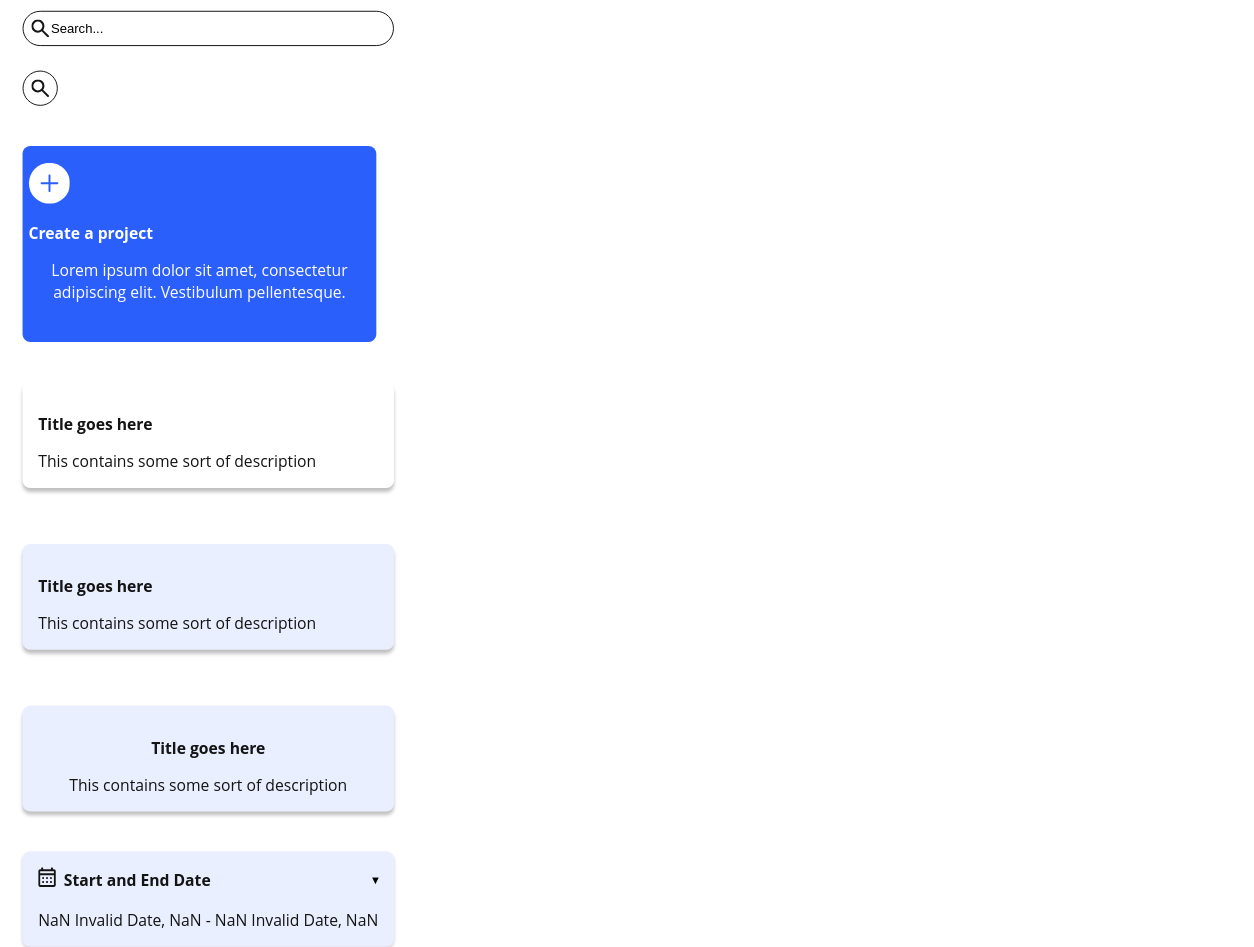
Repository: brunaguarizo/mosaic_app
Page: /
An editor plug-in stored every save of this project. The page is shown before and after the next save, followed by the edit.
The browser window is 1280 px wide. The pictures show the whole page, at 98% of full size.
The project was rebuilt for these pictures with package versions that can differ from the ones it lists, and the page was loaded fresh each time. The framework's server and built-in components were replaced by stand-ins that run in the browser. Also part of the build but not shown: next.config.mjs, app/_ui/navbar/navbar.js, app/_ui/Button/Button.js, app/_ui/Tag/Tag.js, app/_ui/Project_card/Project_card.js, app/_ui/Date_PopUp/Date_PopUp.module.css, app/_ui/Date_PopUp/Date_PopUp.js.

Above is the page before, as saved 2025-04-18 19:05:41.

### app/globals.css
/* ------------------------------------------------------ GENERAL STYLES ------------------------------------------------------ */
*,
*::before,
*::after {
    box-sizing: inherit;
}

html,
body {
    padding: 0;
    margin: 0;
    font-family: var(--font-family);
    box-sizing: border-box;
}

html {
    display: flex;
    justify-content: center;
    align-items: center;
    width: 393px;
    height: 100%;
    margin: var(--space-regular);
}

.container {
}

.two-column {
    display: grid;
    grid-template-columns: 1fr 1fr;
    gap: var(--space-large);
}

/* ------------------------------------------------------ VARIABLES ------------------------------------------------------ */
:root {
    /* ----- COLORS ----- */
    --blue-primary: rgb(43, 95, 252);
    --blue-50: rgb(234, 239, 255);
    --blue-900: rgb(18, 40, 106);
    --white: #ffffff;
    --black: rgb(20, 20, 20);
    --grey-400: rgb(67, 67, 67);
    --yellow-secondary: rgb(255, 218, 1);
    --orange-secondary: rgb(255, 94, 9);
    --green-secondary: rgb(0, 193, 79);
    --purple-secondary: rgb(154, 65, 255);

    /* ----- TYPE ----- */
    --font-family: "Open Sans", sans-serif;

    --header-xxlarge-size: 88px;
    --title-section-font-size: 30px;
    --button-font-size: 24px;
    --body-text-font-size: 20px;
    --menu-font-size: 16px;
    --label-font-size: 12px;

    --font-style-normal: normal;
    --font-weight-bold: bold;

    --line-height-xxlarge: 100px;
    --line-height-large: 36px;
    --line-height-medium: 28px;
    --line-height-small: 20px;

    /* ----- SPACING ----- */
    --space-small: 8px;
    --space-regular: 16px;
    --space-medium: 32px;
    --space-large: 48px;
    --space-extra-large: 140px;
}

### app/page.module.css
/* NEW PAGE STYLES */
.container {
    margin-top: 200px;
    display: flex;
    flex-direction: column;
    gap: 25px;
}
/* ------------------------ */

.page {
    --gray-rgb: 0, 0, 0;
    --gray-alpha-200: rgba(var(--gray-rgb), 0.08);
    --gray-alpha-100: rgba(var(--gray-rgb), 0.05);

    --button-primary-hover: #383838;
    --button-secondary-hover: #f2f2f2;

    display: grid;
    grid-template-rows: 20px 1fr 20px;
    align-items: center;
    justify-items: center;
    min-height: 100svh;
    padding: 80px;
    gap: 64px;
    font-family: var(--font-geist-sans);
}

@media (prefers-color-scheme: dark) {
    .page {
        --gray-rgb: 255, 255, 255;
        --gray-alpha-200: rgba(var(--gray-rgb), 0.145);
        --gray-alpha-100: rgba(var(--gray-rgb), 0.06);

        --button-primary-hover: #ccc;
        --button-secondary-hover: #1a1a1a;
    }
}

.main {
    display: flex;
    flex-direction: column;
    gap: 32px;
    grid-row-start: 2;
}

.main ol {
    font-family: var(--font-geist-mono);
    padding-left: 0;
    margin: 0;
    font-size: 14px;
    line-height: 24px;
    letter-spacing: -0.01em;
    list-style-position: inside;
}

.main li:not(:last-of-type) {
    margin-bottom: 8px;
}

.main code {
    font-family: inherit;
    background: var(--gray-alpha-100);
    padding: 2px 4px;
    border-radius: 4px;
    font-weight: 600;
}

.ctas {
    display: flex;
    gap: 16px;
}

.ctas a {
    appearance: none;
    border-radius: 128px;
    height: 48px;
    padding: 0 20px;
    border: none;
    border: 1px solid transparent;
    transition: background 0.2s, color 0.2s, border-color 0.2s;
    cursor: pointer;
    display: flex;
    align-items: center;
    justify-content: center;
    font-size: 16px;
    line-height: 20px;
    font-weight: 500;
}

a.primary {
    background: var(--foreground);
    color: var(--background);
    gap: 8px;
}

a.secondary {
    border-color: var(--gray-alpha-200);
    min-width: 158px;
}

.footer {
    grid-row-start: 3;
    display: flex;
    gap: 24px;
}

.footer a {
    display: flex;
    align-items: center;
    gap: 8px;
}

.footer img {
    flex-shrink: 0;
}

/* Enable hover only on non-touch devices */
@media (hover: hover) and (pointer: fine) {
    a.primary:hover {
        background: var(--button-primary-hover);
        border-color: transparent;
    }

    a.secondary:hover {
        background: var(--button-secondary-hover);
        border-color: transparent;
    }

    .footer a:hover {
        text-decoration: underline;
        text-underline-offset: 4px;
    }
}

@media (max-width: 600px) {
    .page {
        padding: 32px;
        padding-bottom: 80px;
    }

    .main {
        align-items: center;
    }

    .main ol {
        text-align: center;
    }

    .ctas {
        flex-direction: column;
    }

    .ctas a {
        font-size: 14px;
        height: 40px;
        padding: 0 16px;
    }

    a.secondary {
        min-width: auto;
    }

    .footer {
        flex-wrap: wrap;
        align-items: center;
        justify-content: center;
    }
}

@media (prefers-color-scheme: dark) {
    .logo {
        filter: invert();
    }
}

### app/_ui/navbar/navbar.module.css

.nav {
    width: 393px;
    height: 72px;
    justify-content: center;
    align-items: center;
    display: flex;
    flex-direction: row;
    padding: 0;
    margin: 0;
    gap: var(--space-large);
    border-top: 1px solid var(--grey-50);
}

.navbar__item {
    display: flex;
    flex-direction: column;
    justify-content: center;
    align-items: center;
    gap: 4px;
    text-decoration: none;
    width: 60px;
    height: 44px;
    padding-left: 32px;
    padding-right: 32px;
    margin: 0;
}

.navbar__icon {
    max-width: 16px;
    padding: 0;
    margin: 0;
    fill: var(--black);
}

.navbar__text {
    color: var(--black);
    font-size: var(--label-font-size);
    font-weight: var(--font-weight-400);
    line-height: var(--line-height-small);
    text-decoration: none;
    padding: 0;
    margin: 0;
}

.navbar__item:hover .navbar__text,
.navbar__item:hover .navbar__icon,
.navbar__item:active .navbar__text,
.navbar__item:active .navbar__icon {
  color: var(--blue-primary);
  fill: var(--blue-primary);
}

/* ------------------------------------------------------ VARIABLES ------------------------------------------------------ */
:root {
    /* ----- COLORS ----- */
    --blue-primary: rgb(43,95,252);
    --blue-50: rgb(234, 239, 255);
    --blue-900: rgb(18, 40, 106);
    --white: #FFFFFF;
    --grey-50: #E8E8E8;
    --black: rgb(20, 20, 20);
    --grey-400: rgb(67, 67, 67);
    --yellow-secondary: rgb(255, 218, 1);
    --orange-secondary: rgb(255, 94, 9);
    --green-secondary: rgb(0, 193, 79);
    --purple-secondary: rgb(154, 65, 255);

    /* ----- TYPE ----- */
    --font-family: "Open Sans", sans-serif;

    --header-xxlarge-size: 88px;
    --title-section-font-size: 30px;
    --button-font-size: 24px;
    --body-text-font-size: 20px;
    --menu-font-size: 16px;
    --label-font-size: 12px;

    --font-style-normal: normal;
    --font-weight-bold: bold;

    --line-height-xxlarge: 100px;
    --line-height-large: 36px;
    --line-height-medium: 28px;
    --line-height-small: 20px;

    /* ----- SPACING ----- */
    --space-small: 8px;
    --space-regular: 16px;
    --space-medium: 32px;
    --space-large: 48px;
    --space-extra-large: 88px;
  }

### app/_ui/Project_card/Project_card.module.css
.card__container {
    display: flex;
    flex-direction: column;
    justify-content: center;
    align-items: center;
    background-color: var(--blue-50);
    border-radius: var(--space-small);
    padding: var(--space-regular);
    gap: var(--space-regular);
}

.card__menu {
    width: 100%;
    display: flex;
    justify-content: flex-end;
    padding: 0;
    margin: 0;
}

.card__icon {
    fill: var(--blue-primary);
    padding: 0;
    margin: 0;

    &:hover {
        fill: var(--blue-900);
    }
}

.card__title {
    font-family: var(--font-family);
    font-size: var(--font-size-regular);
    font-weight: var(--font-weight-bold);
    color: var(--black);
    padding: 0;
    margin: 0;
}

.card__text {
    font-family: var(--font-family);
    font-size: var(--font-size-small);
    font-weight: var(--font-weight-regular);
    color: var(--black);
    text-align: center;
    padding: 0;
    margin: 0;
    max-width: 220px;
}

.date {
    display: flex;
    align-items: center;
    gap: var(--space-small);
    padding: 0;
    margin: 0;
}

.date__icon {
    fill: var(--black);
    padding: 0;
    margin: 0;
}

/* ------------------------------------------------------ VARIABLES ------------------------------------------------------ */
:root {
    /* ----- COLORS ----- */
    --blue-primary: rgb(43, 95, 252);
    --blue-50: rgb(234, 239, 255);
    --blue-100: #bdcdfe;
    --blue-900: rgb(18, 40, 106);
    --white: #ffffff;
    --black: rgb(20, 20, 20);
    --grey-400: rgb(67, 67, 67);
    --yellow-secondary: rgb(255, 218, 1);
    --orange-secondary: rgb(255, 94, 9);
    --green-secondary: rgb(0, 193, 79);
    --purple-secondary: rgb(154, 65, 255);

    /* ----- TYPE ----- */
    --font-family: "Open Sans", sans-serif;

    --font-size-extra-large: 30px;
    --font-size-large: 24px;
    --font-size-medium: 20px;
    --font-size-regular: 16px;
    --font-size-small: 12px;

    --font-style-normal: normal;
    --font-weight-bold: bold;

    --line-height-xxlarge: 100px;
    --line-height-large: 36px;
    --line-height-medium: 28px;
    --line-height-small: 20px;

    /* ----- SPACING ----- */
    --space-small: 8px;
    --space-regular: 16px;
    --space-medium: 32px;
    --space-large: 48px;
    --space-extra-large: 140px;
}

### app/_ui/Button/Button.module.css
.button {
    font-family: var(--font-family);
    font-size: var(--font-size-regular);
    font-weight: var(--font-weight-bold);
    width: 100%;
    padding-top: var(--space-small);
    padding-left: var(--space-regular);
    padding-right: var(--space-regular);
    padding-bottom: var(--space-small);
    border-radius: 100px;
    align-items: center;
    border: none;

    &:hover {
        background-color: var(--blue-900);
        color: var(--white);
    }
}

.primary {
    background: var(--blue-primary);
    color: var(--white);
}

.secondary {
    background-color: var(--white);
    border: 1px solid var(--blue-primary);
    color: var(--blue-primary);
}

.disabled {
    pointer-events: none;
    color: var(--white);
    background-color: var(--blue-100);
}

.small {
    font-size: var(--font-size-small);
    padding: var(--space-small);
    align-items: center;
}

.large {
    font-size: var(--font-size-large);
    padding: var(--space-regular);
}

.error {
    background-color: var(--orange-secondary);
}

/* ------------------------------------------------------ VARIABLES ------------------------------------------------------ */
:root {
    /* ----- COLORS ----- */
    --blue-primary: rgb(43, 95, 252);
    --blue-50: rgb(234, 239, 255);
    --blue-100: #bdcdfe;
    --blue-900: rgb(18, 40, 106);
    --white: #ffffff;
    --black: rgb(20, 20, 20);
    --grey-400: rgb(67, 67, 67);
    --yellow-secondary: rgb(255, 218, 1);
    --orange-secondary: rgb(255, 94, 9);
    --green-secondary: rgb(0, 193, 79);
    --purple-secondary: rgb(154, 65, 255);

    /* ----- TYPE ----- */
    --font-family: "Open Sans", sans-serif;

    --font-size-extra-large: 30px;
    --font-size-large: 24px;
    --font-size-medium: 20px;
    --font-size-regular: 16px;
    --font-size-small: 12px;

    --font-style-normal: normal;
    --font-weight-bold: bold;

    --line-height-xxlarge: 100px;
    --line-height-large: 36px;
    --line-height-medium: 28px;
    --line-height-small: 20px;

    /* ----- SPACING ----- */
    --space-small: 8px;
    --space-regular: 16px;
    --space-medium: 32px;
    --space-large: 48px;
    --space-extra-large: 140px;
}

### app/_ui/Date_Card/Date_Card.module.css
.card {
    background-color: var(--blue-50);
    border-radius: var(--space-small);
    padding: var(--space-regular);
    gap: var(--space-regular);
    box-shadow: 0 2px 4px rgba(0, 0, 0, 0.2);
    font-family: var(--font-family);
    cursor: pointer;
    display: flex;
    flex-direction: column;
    width: fit-content;
}

.header {
    display: flex;
    align-items: center;
    gap: var(--space-small);
    font-size: var(--font-size-regular);
    font-weight: var(--font-weight-bold);
    color: var(--black);
}

.label {
    flex-grow: 1;
}

.arrow {
    font-size: var(--font-size-small);
    color: black;
}

.arrow:hover {
    font-size: var(--font-size-small);
    color: var(--blue-primary);
}

.dateRange {
    margin-top: 2px;
    font-size: var(--font-size-regular);
    color: var(--black);
}

/* ------------------------------------------------------ VARIABLES ------------------------------------------------------ */
:root {
    /* ----- COLORS ----- */
    --blue-primary: rgb(43, 95, 252);
    --blue-50: rgb(234, 239, 255);
    --blue-100: #bdcdfe;
    --blue-900: rgb(18, 40, 106);
    --white: #ffffff;
    --black: rgb(20, 20, 20);
    --grey-400: rgb(67, 67, 67);
    --yellow-secondary: rgb(255, 218, 1);
    --orange-secondary: rgb(255, 94, 9);
    --green-secondary: rgb(0, 193, 79);
    --purple-secondary: rgb(154, 65, 255);

    /* ----- TYPE ----- */
    --font-family: "Open Sans", sans-serif;

    --font-size-extra-large: 30px;
    --font-size-large: 24px;
    --font-size-medium: 20px;
    --font-size-regular: 16px;
    --font-size-small: 12px;

    --font-style-normal: normal;
    --font-weight-bold: bold;

    --line-height-xxlarge: 100px;
    --line-height-large: 36px;
    --line-height-medium: 28px;
    --line-height-small: 20px;

    /* ----- SPACING ----- */
    --space-small: 8px;
    --space-regular: 16px;
    --space-medium: 32px;
    --space-large: 48px;
    --space-extra-large: 140px;
}

### app/_ui/Create_Project_Button/Create_Project_Button.module.css
.button_background {
    background-color: var(--blue-primary);
    border-radius: var(--space-small);
    border: none;
    width: 361px;
    height: 200px;
    display: flex;
    flex-direction: column;
    margin-top: var(--space-regular);
}

.button_icon {
    width: 42px;
    height: 42px;
    align-self: center;
    box-sizing: content-box;
    margin-top: var(--space-regular);
}

.button_heading {
    text-align: center;
    font-family: "Open Sans", sans-serif;
    font-size: var(--menu-font-size);
    font-weight: var(--font-weight-bold);
    color: white;
    padding: 0px;
    border: 0px;
    margin-top: var(--space-regular);
    margin-bottom: 0px;
}

.button_description {
    font-family: "Open Sans", sans-serif;
    font-size: var(--menu-font-size);
    font-style: var(--font-weight-normal);
    color: white;
    border: 0px;
    padding: 0px;
    margin-top: var(--space-regular);
    margin-bottom: 0px;
}
/* ------------------------------------------------------ VARIABLES ------------------------------------------------------ */
:root {
    /* ----- COLORS ----- */
    --blue-primary: rgb(43, 95, 252);
    --blue-50: rgb(234, 239, 255);
    --blue-900: rgb(18, 40, 106);
    --white: #ffffff;
    --grey-50: #e8e8e8;
    --black: rgb(20, 20, 20);
    --grey-400: rgb(67, 67, 67);
    --yellow-secondary: rgb(255, 218, 1);
    --orange-secondary: rgb(255, 94, 9);
    --green-secondary: rgb(0, 193, 79);
    --purple-secondary: rgb(154, 65, 255);

    /* ----- TYPE ----- */
    --font-family: "Open Sans", sans-serif;

    --header-xxlarge-size: 88px;
    --title-section-font-size: 30px;
    --button-font-size: 24px;
    --body-text-font-size: 20px;
    --menu-font-size: 16px;
    --label-font-size: 12px;

    --font-style-normal: normal;
    --font-weight-bold: bold;

    --line-height-xxlarge: 100px;
    --line-height-large: 36px;
    --line-height-medium: 28px;
    --line-height-small: 20px;

    /* ----- SPACING ----- */
    --space-small: 8px;
    --space-regular: 16px;
    --space-medium: 32px;
    --space-large: 48px;
    --space-extra-large: 140px;
}

### app/_ui/Search_Bar/Search_Bar.module.css
.primary {
    border: 1px solid var(--black);
    padding: 8px;
    box-sizing: content-box;
    display: flex;
    flex-direction: row;
    border-radius: 100px;
}

.secondary {
    border: 1px solid var(--black);
    border-radius: 100px;
    width: 18px;
}

.visible {
    border: none;
}
.invisible {
    display: none;
}

.search_item {
    border: none;
}

.search_item:focus {
    outline: none;
    box-shadow: none;
}

/* ------------------------------------------------------ VARIABLES ------------------------------------------------------ */
:root {
    /* ----- COLORS ----- */
    --blue-primary: rgb(43, 95, 252);
    --blue-50: rgb(234, 239, 255);
    --blue-900: rgb(18, 40, 106);
    --white: #ffffff;
    --grey-50: #e8e8e8;
    --black: rgb(20, 20, 20);
    --grey-400: rgb(67, 67, 67);
    --yellow-secondary: rgb(255, 218, 1);
    --orange-secondary: rgb(255, 94, 9);
    --green-secondary: rgb(0, 193, 79);
    --purple-secondary: rgb(154, 65, 255);

    /* ----- TYPE ----- */
    --font-family: "Open Sans", sans-serif;

    --header-xxlarge-size: 88px;
    --title-section-font-size: 30px;
    --button-font-size: 24px;
    --body-text-font-size: 20px;
    --menu-font-size: 16px;
    --label-font-size: 12px;

    --font-style-normal: normal;
    --font-weight-bold: bold;

    --line-height-xxlarge: 100px;
    --line-height-large: 36px;
    --line-height-medium: 28px;
    --line-height-small: 20px;

    /* ----- SPACING ----- */
    --space-small: 8px;
    --space-regular: 16px;
    --space-medium: 32px;
    --space-large: 48px;
    --space-extra-large: 140px;
}

### app/_ui/Heading_Bar/Heading_Bar.module.css
.contentInner {
    display: flex;
    flex-direction: column;
    gap: 16px;
}

.row {
    display: flex;
    align-items: center;
}

.heading {
    flex-grow: 1;
    text-align: center;
    font-weight: 500;
    font-size: var(--button-font-size);
}

.icon {
    color: var(--blue-50);
    display: flex;
    align-items: center;
    justify-content: center;
}
.visible {
    display: flex;
}

.hidden {
    display: none;
}

.iconButton {
    background: none;
    border: none;
    cursor: pointer;
    color: var(--blue-50);
    display: flex;
    align-items: center;
    justify-content: center;
    padding: 4px;
}

.iconButton:hover {
    background-color: var(--blue-50);
    border-radius: 50%;
}

.pagination {
    flex-grow: 1;
    text-align: right;
    color: var(--black);
    font-size: 14px;
    padding-right: 8px;
}
/* ------------------------------------------------------ VARIABLES ------------------------------------------------------ */
:root {
    /* ----- COLORS ----- */
    --blue-primary: rgb(43, 95, 252);
    --blue-50: rgb(234, 239, 255);
    --blue-900: rgb(18, 40, 106);
    --white: #ffffff;
    --grey-50: #e8e8e8;
    --black: rgb(20, 20, 20);
    --grey-400: rgb(67, 67, 67);
    --yellow-secondary: rgb(255, 218, 1);
    --orange-secondary: rgb(255, 94, 9);
    --green-secondary: rgb(0, 193, 79);
    --purple-secondary: rgb(154, 65, 255);

    /* ----- TYPE ----- */
    --font-family: "Open Sans", sans-serif;

    --header-xxlarge-size: 88px;
    --title-section-font-size: 30px;
    --button-font-size: 24px;
    --body-text-font-size: 20px;
    --menu-font-size: 16px;
    --label-font-size: 12px;

    --font-style-normal: normal;
    --font-weight-bold: bold;

    --line-height-xxlarge: 100px;
    --line-height-large: 36px;
    --line-height-medium: 28px;
    --line-height-small: 20px;

    /* ----- SPACING ----- */
    --space-small: 8px;
    --space-regular: 16px;
    --space-medium: 32px;
    --space-large: 48px;
    --space-extra-large: 140px;
}

### app/_ui/Tag/Tag.module.css
.tag {
    font-family: var(--font-family);
    font-size: var(--font-size-small);
    font-weight: var(--font-weight-regular);
    width: 80px;
    padding: var(--space-extra-small);
    border-radius: 100px;
    border: none;
    background-color: var(--orange-secondary);

    display: flex;
    justify-content: center;
    align-items: center;
    text-align: center;
}

/* ------------------------------------------------------ VARIABLES ------------------------------------------------------ */
:root {
    /* ----- COLORS ----- */
    --blue-primary: rgb(43, 95, 252);
    --blue-50: rgb(234, 239, 255);
    --blue-100: #bdcdfe;
    --blue-900: rgb(18, 40, 106);
    --white: #ffffff;
    --black: rgb(20, 20, 20);
    --grey-400: rgb(67, 67, 67);
    --yellow-secondary: rgb(255, 218, 1);
    --orange-secondary: rgb(255, 94, 9);
    --green-secondary: rgb(0, 193, 79);
    --purple-secondary: rgb(154, 65, 255);

    /* ----- TYPE ----- */
    --font-family: "Open Sans", sans-serif;

    --font-size-extra-large: 30px;
    --font-size-large: 24px;
    --font-size-medium: 20px;
    --font-size-regular: 16px;
    --font-size-small: 12px;

    --font-style-normal: normal;
    --font-weight-bold: bold;

    --line-height-xxlarge: 100px;
    --line-height-large: 36px;
    --line-height-medium: 28px;
    --line-height-small: 20px;

    /* ----- SPACING ----- */
    --space-extra-small: 4px;
    --space-small: 8px;
    --space-regular: 16px;
    --space-medium: 32px;
    --space-large: 48px;
    --space-extra-large: 140px;
}

Loaded but not shown: app/layout.js (common file); app/_ui/Heading_Bar/Heading_Bar.js (110 lines, source omitted); app/_ui/Date_Card/Date_Card.js (50 lines, source omitted); app/_ui/Search_Bar/Search_Bar.js (36 lines, source omitted); app/_ui/Create_Project_Button/Create_Project_Button.js (38 lines, source omitted); app/page.js (41 lines, source omitted); app/_ui/Description_Box/Description_Box.js (18 lines, source omitted); app/_ui/Description_Box/Description_Box.module.css (94 lines, source omitted)

After the next save:
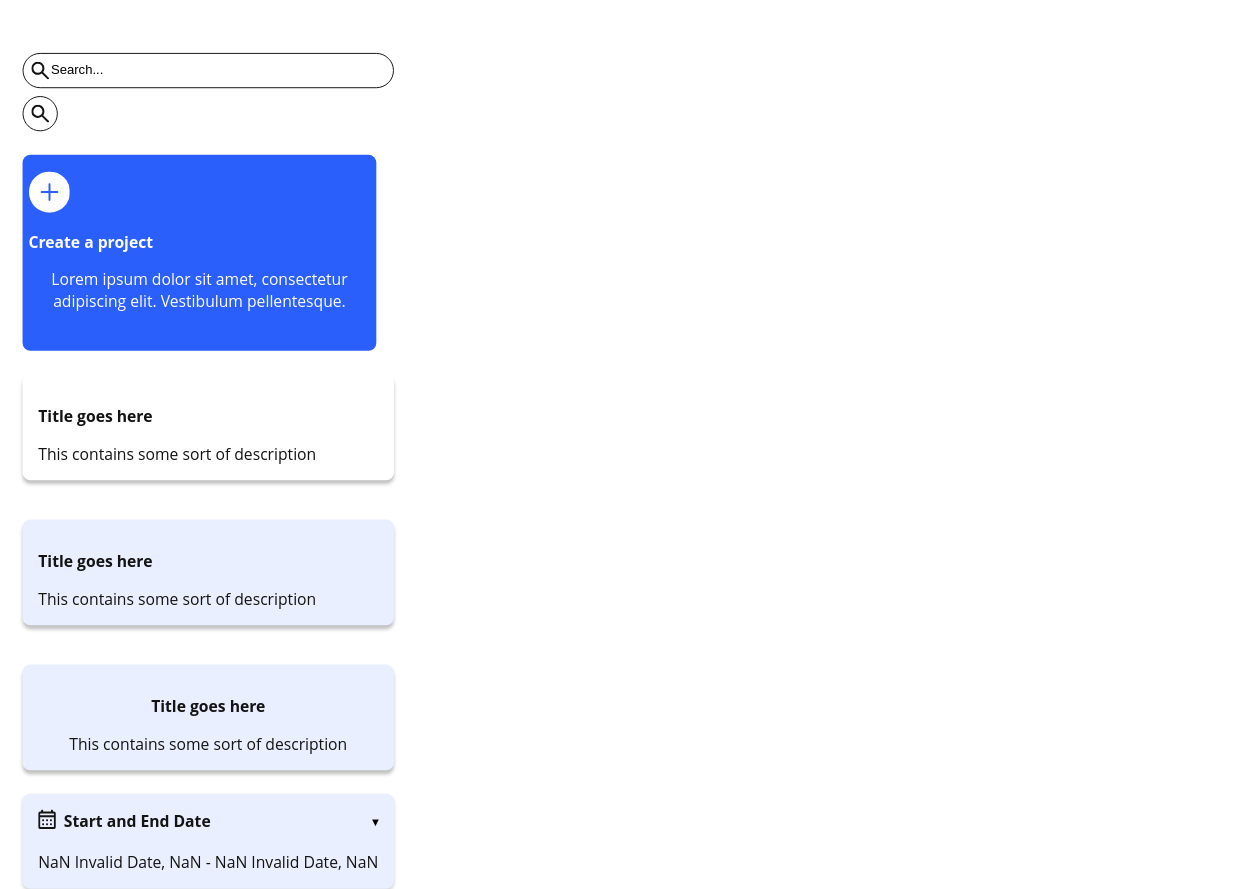
Saved 5 s later.
--- a/app/page.module.css
+++ b/app/page.module.css
@@ -3,7 +3,7 @@
     margin-top: 200px;
     display: flex;
     flex-direction: column;
-    gap: 25px;
+    gap: 8px;
 }
 /* ------------------------ */
 
